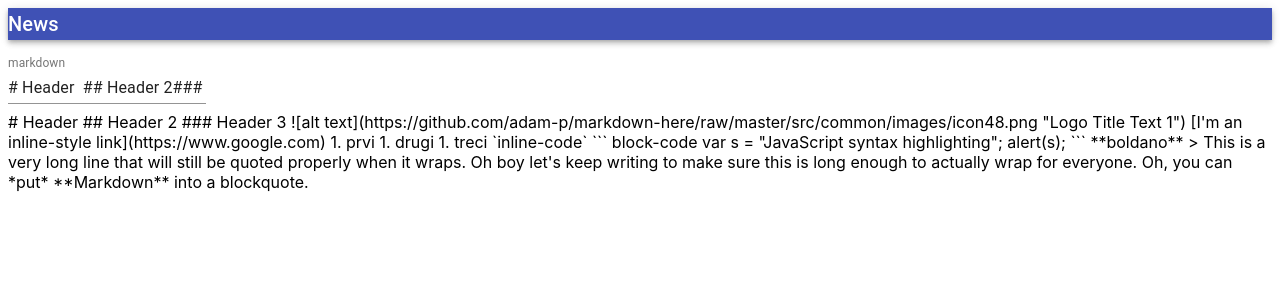
Repository: milac0/markdown-previewer
Page: /
An editor plug-in stored every save of this project. The page is shown before and after the next save, followed by the edit.
The browser window is 1280 px wide. The pictures show the whole page.
The project was rebuilt for these pictures with package versions that can differ from the ones it lists, and the page was loaded fresh each time.

Above is the page before, as saved 2019-10-22 15:04:58.

### public/index.html
<!DOCTYPE html>
<html lang="en">
  <head>
    <meta charset="utf-8" />
    <link rel="shortcut icon" href="%PUBLIC_URL%/favicon.ico" />
    <meta name="viewport" content="width=device-width, initial-scale=1" />
    <meta name="theme-color" content="#000000" />
    <!--
      manifest.json provides metadata used when your web app is installed on a
      user's mobile device or desktop. See https://developers.google.com/web/fundamentals/web-app-manifest/
    -->
    <link rel="manifest" href="%PUBLIC_URL%/manifest.json" />
    <!--
      Notice the use of %PUBLIC_URL% in the tags above.
      It will be replaced with the URL of the `public` folder during the build.
      Only files inside the `public` folder can be referenced from the HTML.

      Unlike "/favicon.ico" or "favicon.ico", "%PUBLIC_URL%/favicon.ico" will
      work correctly both with client-side routing and a non-root public URL.
      Learn how to configure a non-root public URL by running `npm run build`.
    -->
    <title>Markdown Previewer</title>
  </head>
  <body>
    <noscript>You need to enable JavaScript to run this app.</noscript>
    <div id="root"></div>
    <!--
      This HTML file is a template.
      If you open it directly in the browser, you will see an empty page.

      You can add webfonts, meta tags, or analytics to this file.
      The build step will place the bundled scripts into the <body> tag.

      To begin the development, run `npm start` or `yarn start`.
      To create a production bundle, use `npm run build` or `yarn build`.
    -->
  </body>
</html>

### src/index.css
body {
  align-content: center;
  padding: 0;
  font-family: -apple-system, BlinkMacSystemFont, "Segoe UI", "Roboto", "Oxygen",
    "Ubuntu", "Cantarell", "Fira Sans", "Droid Sans", "Helvetica Neue",
    sans-serif;
  -webkit-font-smoothing: antialiased;
  -moz-osx-font-smoothing: grayscale;
}

code {
  font-family: source-code-pro, Menlo, Monaco, Consolas, "Courier New",
    monospace;
}

### src/App.js
import React, { Fragment, useState} from 'react';
import startingInput from './util/startingInput'
import marked from 'marked'

//mui
import AppBar from '@material-ui/core/AppBar';
import Typography from '@material-ui/core/Typography';
import TextField from '@material-ui/core/TextField';
import Grid from '@material-ui/core/Grid'
import Paper from '@material-ui/core/Paper'

const App = () => {
  const [markdown, setMarkdown] = useState(startingInput)

  const handleChange = e => {
    setMarkdown(e.target.value)
  }

  const createMarkup = () => ({
    __html: markdown
  })

  return (
    <Fragment>
      <AppBar position="static">
          <Typography variant="h6">
            News
          </Typography>
      </AppBar>
      <Grid container>
        <Grid item>
        <TextField
        style={{width: '90%'}}
        fullWidth
        label="markdown"
        value={markdown}
        onChange={handleChange}
        margin="normal"
      />
        </Grid>
        <Grid item>
          <div dangerouslySetInnerHTML={createMarkup()} />
        </Grid>
      </Grid>
    </Fragment>
  );
};

export default App;

### src/util/startingInput.js
const startingInput = `
# Header
## Header 2
### Header 3
![alt text](https://github.com/adam-p/markdown-here/raw/master/src/common/images/icon48.png "Logo Title Text 1")

[I'm an inline-style link](https://www.google.com)
1. prvi
1. drugi
1. treci

\`inline-code\`

\`\`\`
block-code
var s = "JavaScript syntax highlighting";
alert(s);
\`\`\`
**boldano**

> This is a very long line that will still be quoted properly when it wraps. Oh boy let's keep writing to make sure this is long enough to actually wrap for everyone. Oh, you can *put* **Markdown** into a blockquote.


`
export default startingInput;

Loaded but not shown: src/index.js (common file); src/serviceWorker.js (common file)

After the next save:
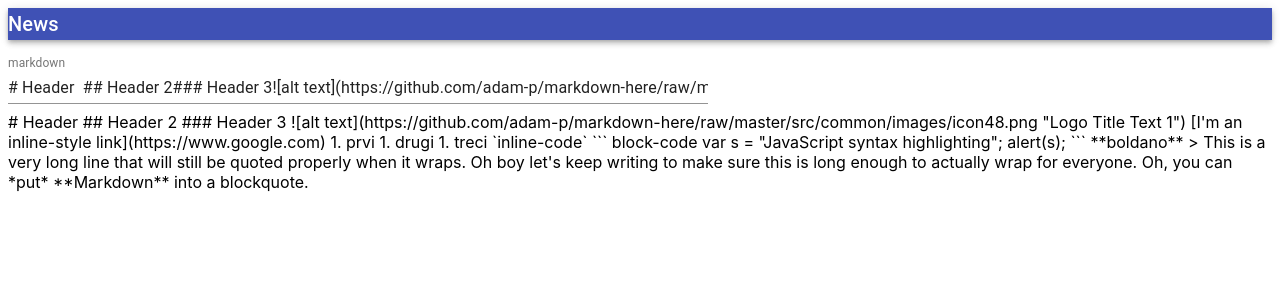
Saved 12 s later.
--- a/src/App.js
+++ b/src/App.js
@@ -30,7 +30,7 @@ const App = () => {
       <Grid container>
         <Grid item>
         <TextField
-        style={{width: '90%'}}
+        style={{width: 700}}
         fullWidth
         label="markdown"
         value={markdown}
